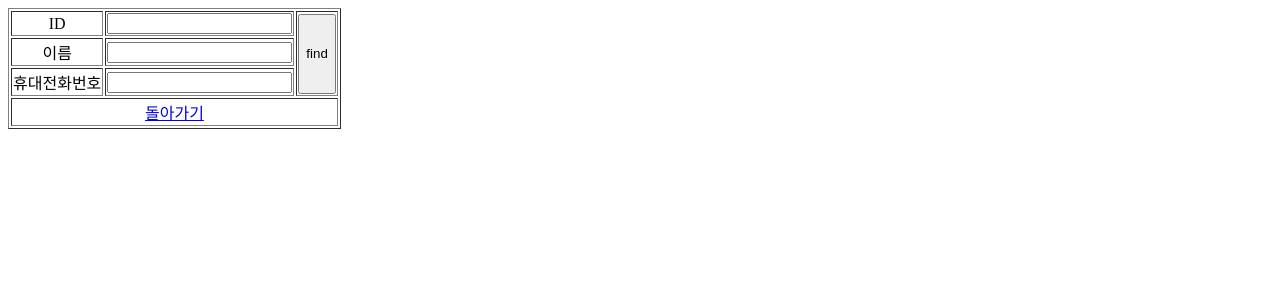
Repository: wake45/Web_Programming_Project
Page: Web_기말프로젝트_20145150_이상욱/Project/WebContent/findPwd.html
These files come from the project's save history. The page is drawn as it stood at one moment and after the next save; the edit follows.
The browser window is 1280 px wide. The pictures show the whole page.

Above is the page before, as saved 2018-06-15 04:15:23.

### Web_기말프로젝트_20145150_이상욱/Project/WebContent/findPwd.html
<!DOCTYPE html>
<html>
<head>
<meta charset="EUC-KR">
<title>Insert title here</title>
</head>
<body>
	<table border=collapse>
		<tr>
			<td align="center">ID
			<td> <input type=text name=id>
			<td rowspan="3" align="center"><input type=submit value=find style="height: 80px;"></td>
		<tr>
			<td align="center">이름
			<td><input type=text name=name>

		<tr>
		 	<td align="center">휴대전화번호
			<td><input type=text name=number>
		<tr>
	<td colspan="4" align="center">
	<a href="login.html">돌아가기</a>
	</tr>
	</table>
</body>
</html>

After the next save:
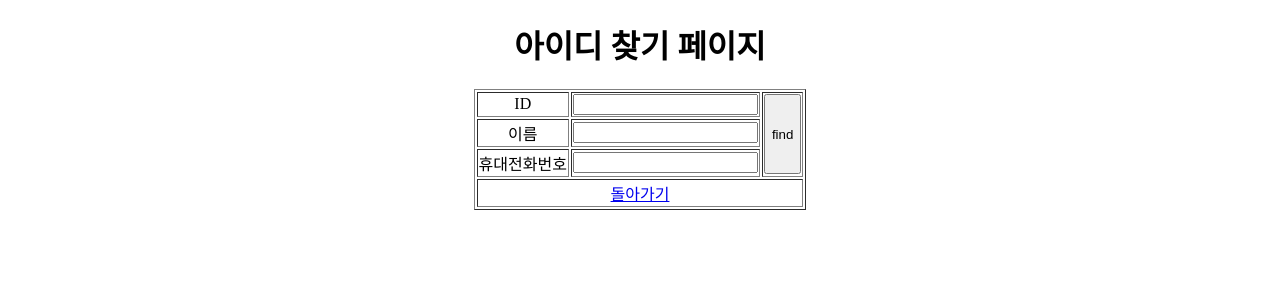
Saved 50 s later.
--- a/Web_기말프로젝트_20145150_이상욱/Project/WebContent/findPwd.html
+++ b/Web_기말프로젝트_20145150_이상욱/Project/WebContent/findPwd.html
@@ -5,6 +5,9 @@
 <title>Insert title here</title>
 </head>
 <body>
+<form method=post action=findPwd.jsp>
+<center>
+<h1>아이디 찾기 페이지</h1>
 	<table border=collapse>
 		<tr>
 			<td align="center">ID
@@ -22,5 +25,7 @@
 	<a href="login.html">돌아가기</a>
 	</tr>
 	</table>
+</center>
+</form>
 </body>
 </html>
